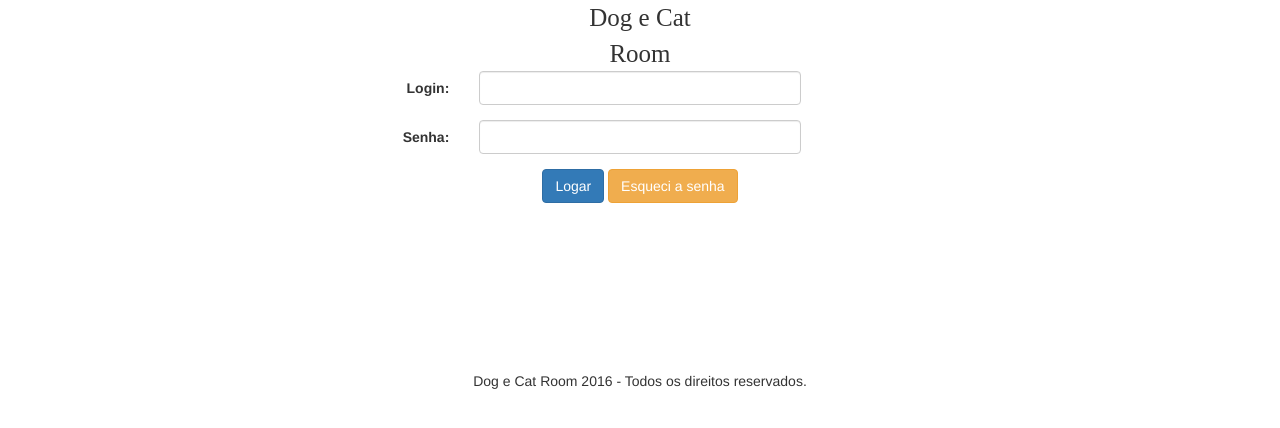
Repository: Natanzx/DogECatRoom
Page: http://localhost/DogECatRoom/login.jsp
An editor plug-in stored every save of this project. The page is shown before and after the next save, followed by the edit.
The browser window is 1280 px wide. The pictures show the whole page.
The page is served by Tomcat 9. Other server files are loaded and not shown.

Above is the page before, as saved 2016-05-15 19:33:27.

### DogECatRoom/WebContent/login.jsp
<%@ page language="java" contentType="text/html; charset=ISO-8859-1"
	pageEncoding="ISO-8859-1"%>
<!DOCTYPE html PUBLIC "-//W3C//DTD HTML 4.01 Transitional//EN" "http://www.w3.org/TR/html4/loose.dtd">
<html>
<head>
<meta http-equiv="Content-Type" content="text/html; charset=ISO-8859-1">
<title>Efetuar Login</title>

<link rel="stylesheet" type="text/css"
	href="/DogECatRoom/bibliotecas/css/estilos.css">
<link rel="stylesheet" type="text/css"
	href="/DogECatRoom/bibliotecas/css/bootstrap.css">
</head>
<body>
	<div class="divMargin">
		<div
			style="text-align: center; font-size: 25px; font-family: Century Gothic";>
			Dog e Cat <br> Room
		</div>

		<div class="content">

			<form class="form-horizontal">
				<fieldset>
					<!-- Login -->
					<div class="form-group">
						<label class="col-md-4 control-label" for="textinput">
							Login:
						</label>
						<div class="col-md-4">
							<input id="textinput" name="textinput" type="text"
								class="form-control input-md">
						</div>
					</div>

					<!-- Password -->
					<div class="form-group">
						<label class="col-md-4 control-label" for="passwordinput">
							Senha:
						</label>
						<div class="col-md-4">
							<input id="passwordinput" name="passwordinput" type="password"
								class="form-control input-md">
						</div>
					</div>

					<!-- Botao logar -->
					<div class="form-group"  style="text-align: center;">
						<button id="singlebutton" name="singlebutton" class="btn btn-primary">Logar</button>
						<button id="singlebutton" name="singlebutton" class="btn btn-warning">Esqueci a senha</button>
					</div>

				</fieldset>
			</form>


		</div>

		<div style="text-align: center;">Dog e Cat Room 2016 - Todos os
			direitos reservados.</div>
	</div>
</body>
</html>

### DogECatRoom/WebContent/bibliotecas/css/estilos.css
@CHARSET "ISO-8859-1";

.divMargin{
	width				: 80%;
	margin				: auto;

}

.content{
	min-height			: 300px;
}

Loaded but not shown: DogECatRoom/WebContent/bibliotecas/css/bootstrap.css (library)

After the next save:
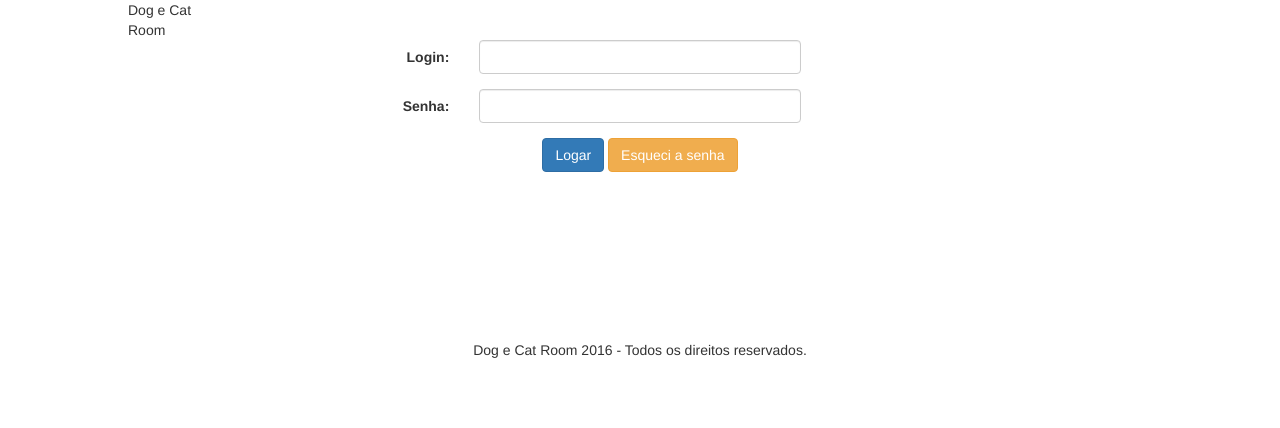
Saved 27 s later.
--- a/DogECatRoom/WebContent/login.jsp
+++ b/DogECatRoom/WebContent/login.jsp
@@ -13,8 +13,7 @@
 </head>
 <body>
 	<div class="divMargin">
-		<div
-			style="text-align: center; font-size: 25px; font-family: Century Gothic";>
+		<div>
 			Dog e Cat <br> Room
 		</div>
 

After the 3 saves that followed:
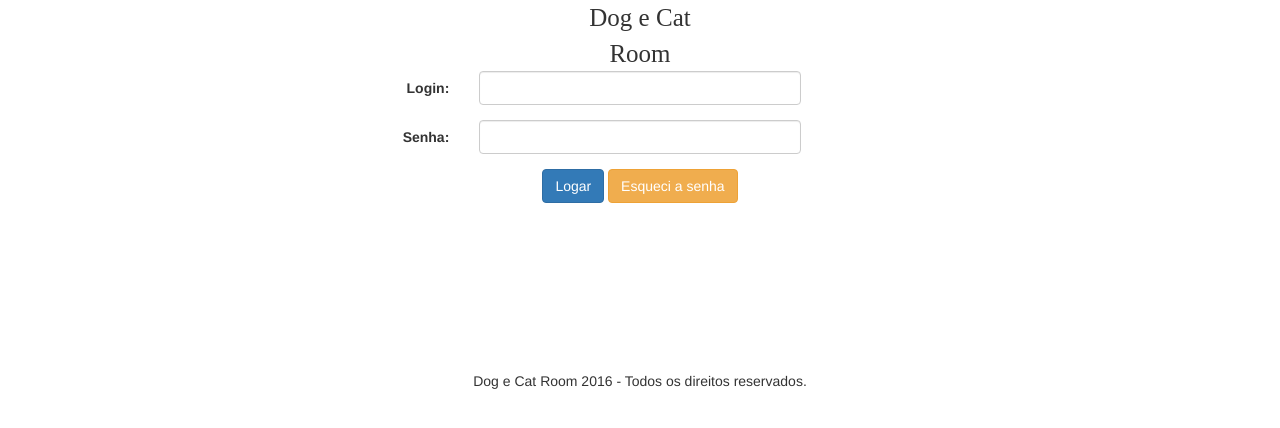
The 3 saves are shown as one change because 1 left the picture as it was and some came seconds apart.
The last was saved 34 s later.
--- a/DogECatRoom/WebContent/login.jsp
+++ b/DogECatRoom/WebContent/login.jsp
@@ -13,7 +13,7 @@
 </head>
 <body>
 	<div class="divMargin">
-		<div>
+		<div class="divHead">
 			Dog e Cat <br> Room
 		</div>
 
--- a/DogECatRoom/WebContent/bibliotecas/css/estilos.css
+++ b/DogECatRoom/WebContent/bibliotecas/css/estilos.css
@@ -5,6 +5,12 @@
 	margin				: auto;
 
 }
+.divHead{
+	text-align			: center;
+	font-size			: 25px;
+	font-family			: Century Gothic;
+}
+
 
 .content{
 	min-height			: 300px;
